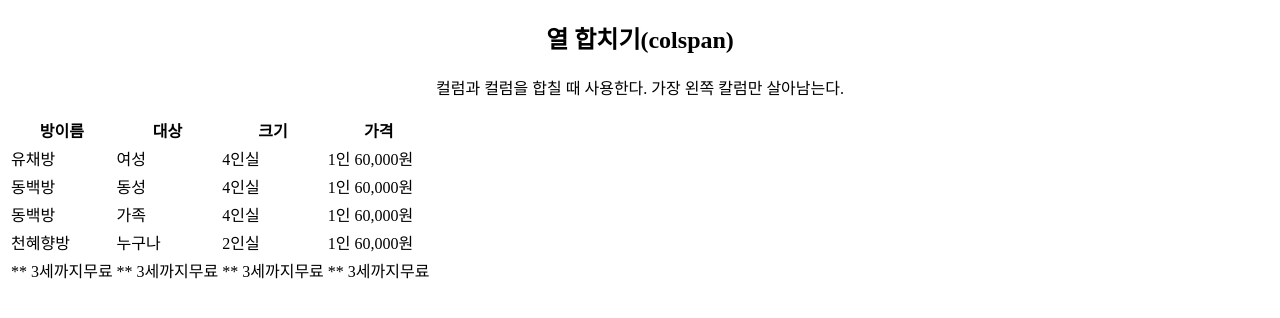
Repository: Kebiskim/2023_WebStudy
Page: 01_01_html/src/main/webapp/day03/Ex01_table_span.html
The author's editor kept a copy of each file at every save. The page is drawn from the files as they stood at one save, then again after a run of saves.
The browser window is 1280 px wide. The pictures show the whole page.

Above is the page before, as saved 2023-06-21 00:56:45.

After the next 2 saves:
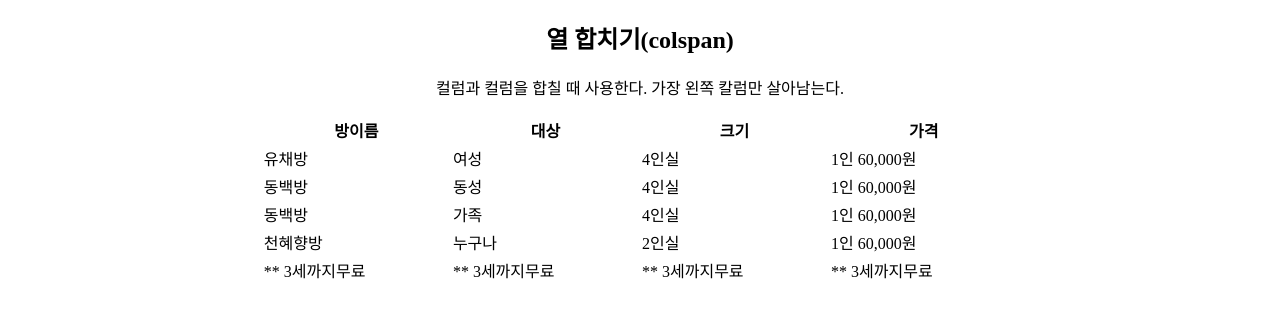
The 2 saves are shown as one change because they came seconds apart.
The last was saved 10 s later.
--- a/01_01_html/src/main/webapp/day03/Ex01_table_span.html
+++ b/01_01_html/src/main/webapp/day03/Ex01_table_span.html
@@ -6,6 +6,10 @@
 <style type="text/css">
 	h2, p{
 		text-align: center;
+	}
+	table{
+		width: 60%;
+		margin: auto;
 	}
 </style>
 </head>
